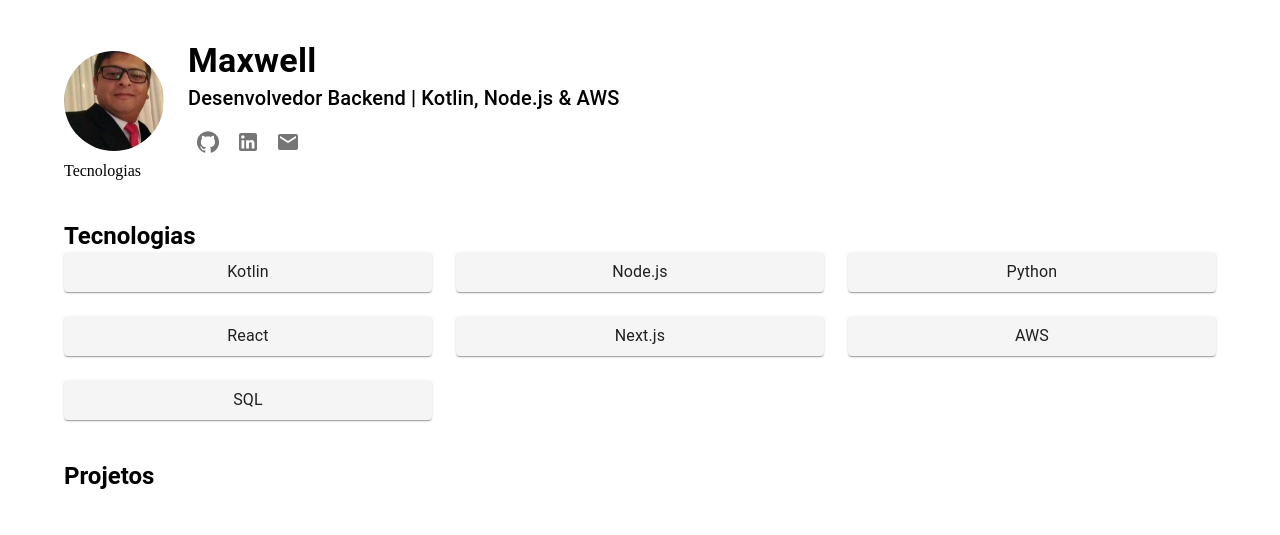
Repository: maxwelllbarboza/pagina-pessoal
Page: /
The author's editor kept a copy of each file at every save. The page is drawn from the files as they stood at one save, then again after a run of saves.
The browser window is 1280 px wide. The pictures show the whole page.
The project was rebuilt for these pictures with package versions that can differ from the ones it lists, and the page was loaded fresh each time. The framework's server and built-in components were replaced by stand-ins that run in the browser. Also part of the build but not shown: next.config.mjs, next.config.ts.

Above is the page before, as saved 2025-02-27 09:02:52.

### src/app/layout.tsx
import * as React from 'react';
import type { Metadata } from "next";
import { ThemeProvider } from '@mui/material/styles';
import CssBaseline from '@mui/material/CssBaseline';

export const metadata: Metadata = {
  title: "Create Next App",
  description: "Generated by create next app",
};

export default function RootLayout({
  children,
}: Readonly<{
  children: React.ReactNode;
}>) {
  return (
    <html lang="en">
      <body>
        {children}
      </body>
    </html>
  );
}

### src/app/page.tsx
import { Container, Typography, Card, Avatar, Box, IconButton } from '@mui/material';
import { GitHub, LinkedIn, Email } from '@mui/icons-material';
import Grid from '@mui/material/Grid2';
import { motion } from 'framer-motion';

const skills = ['Kotlin', 'Node.js', 'Python', 'React', 'Next.js', 'AWS', 'SQL'];

const projects = [
  { title: 'Sistema de Frete', description: 'Gerenciamento de transportes e pagamentos.', image: '/frete.png' },
  { title: 'Naval Battle Game', description: 'Jogo de batalha naval interativo.', image: '/naval.png' },
  { title: 'Sistema de Estoque', description: 'Gestão de bebidas e inventário.', image: '/estoque.png' }
];

export default function Home() {
  return (
    <Container maxWidth="lg" sx={{ mt: 5 }}>
    {/* Sobre Mim */}
    <Box display="flex" alignItems="center" gap={3}>
      <Avatar src="/maxwell.jpg" sx={{ width: 100, height: 100 }} />
      <Box>
        <Typography variant="h4" component="h1" fontWeight="bold">Maxwell</Typography>
        <Typography variant="h6">Desenvolvedor Backend | Kotlin, Node.js & AWS</Typography>
        <Box mt={1}>
          <IconButton href="https://github.com/maxwell" target="_blank"><GitHub /></IconButton>
          <IconButton href="https://linkedin.com/in/maxwell" target="_blank"><LinkedIn /></IconButton>
          <IconButton href="mailto:maxwell@email.com"><Email /></IconButton>
        </Box>
      </Box>
    </Box>

    Tecnologias
    <Typography variant="h5" mt={5} fontWeight="bold">Tecnologias</Typography>

    <Box sx={{ flexGrow: 1 }}>
      <Grid container spacing={{ xs: 2, md:3 }} columns={{ xs: 4, sm: 8, md: 12 }}>
        {skills.map((skill, index) => (
          <Grid key={index} size={{ xs: 2, sm: 4, md: 4 }}>
            <motion.div whileHover={{ scale: 1.1 }}>
              <Card sx={{ px: 2, py: 1, textAlign: 'center', backgroundColor: '#f5f5f5' }}>
                <Typography variant="body1">{skill}</Typography>
              </Card>
            </motion.div>
          </Grid>
        ))}
      </Grid>
    </Box>


    {/* Projetos */}
    <Typography variant="h5" mt={5} fontWeight="bold">Projetos</Typography>

    {/* <Grid container spacing={3} mt={2}>

      {projects.map((project, index) => (
        <Grid  key={index}>
          <motion.div whileHover={{ scale: 1.05 }}>
            <Card>
              <CardMedia component="img" height="140" image={project.image} alt={project.title} />
              <CardContent>
                <Typography variant="h6" fontWeight="bold">{project.title}</Typography>
                <Typography variant="body2">{project.description}</Typography>
              </CardContent>
            </Card>
          </motion.div>
        </Grid>
      ))}
    </Grid> */}
  </Container>
  );
}

### src/theme/theme.ts
'use client';
import { Roboto } from 'next/font/google';
import { createTheme } from '@mui/material/styles';
import type {} from '@mui/x-data-grid-pro/themeAugmentation';

const roboto = Roboto({
  weight: ['300', '400', '500', '700'],
  subsets: ['latin'],
  display: 'swap',
});

const theme = createTheme({
  palette: {
    mode: 'light',
    primary: {

      main:'#1A1A1A',
      light: '#739fcd'

    },

  },
  typography: {
    fontFamily: [
      'Roboto',
      'Arial',
      'sans-serif',
    ].join(','),
  },

  components: {
    MuiDataGrid: {
      styleOverrides: {
        root: {
          '& .MuiDataGrid-columnHeaders': {
            fontWeight: 'bold',
          },
        },
      },
    },
  },
});

export default theme;

After the next 3 saves:
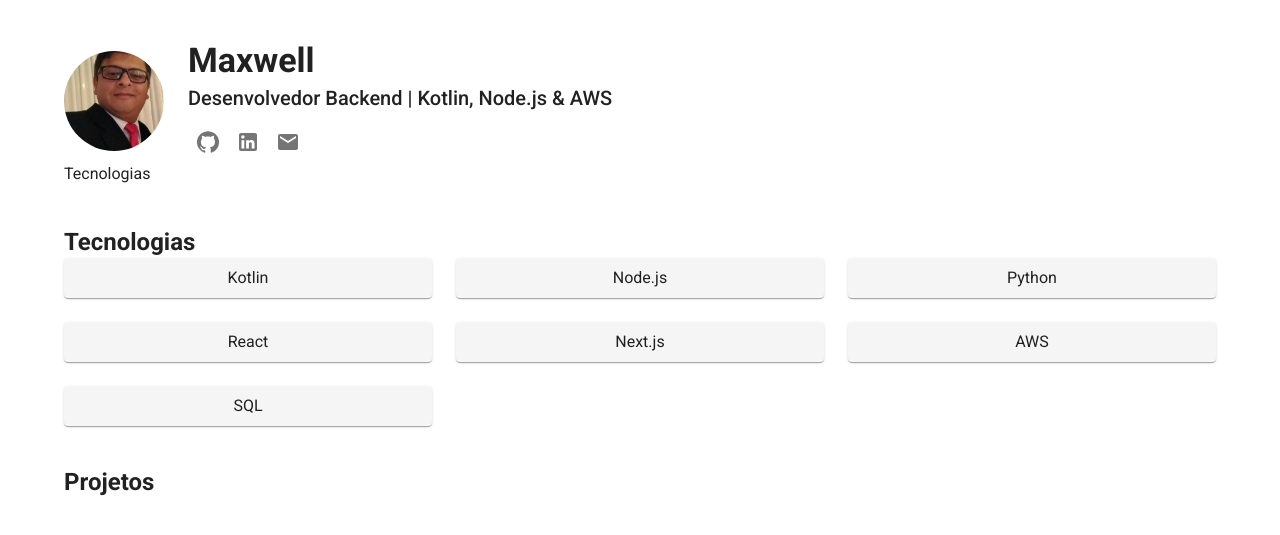
The 3 saves are shown as one change because 2 did not build or start.
The last was saved 27 s later.
--- a/src/app/layout.tsx
+++ b/src/app/layout.tsx
@@ -2,6 +2,8 @@ import * as React from 'react';
 import type { Metadata } from "next";
 import { ThemeProvider } from '@mui/material/styles';
 import CssBaseline from '@mui/material/CssBaseline';
+import { Box } from '@mui/material';
+import theme from '@/theme/theme';
 
 export const metadata: Metadata = {
   title: "Create Next App",
@@ -16,7 +18,20 @@ export default function RootLayout({
   return (
     <html lang="en">
       <body>
-        {children}
+      <ThemeProvider theme={theme}>
+              <CssBaseline />
+              <Box
+              component="main"
+              sx={{
+                bgcolor: 'background.defalt',
+
+                fontFamily:'roboto'
+              }}
+            >
+
+              {children}
+            </Box>
+            </ThemeProvider>
       </body>
     </html>
   );
